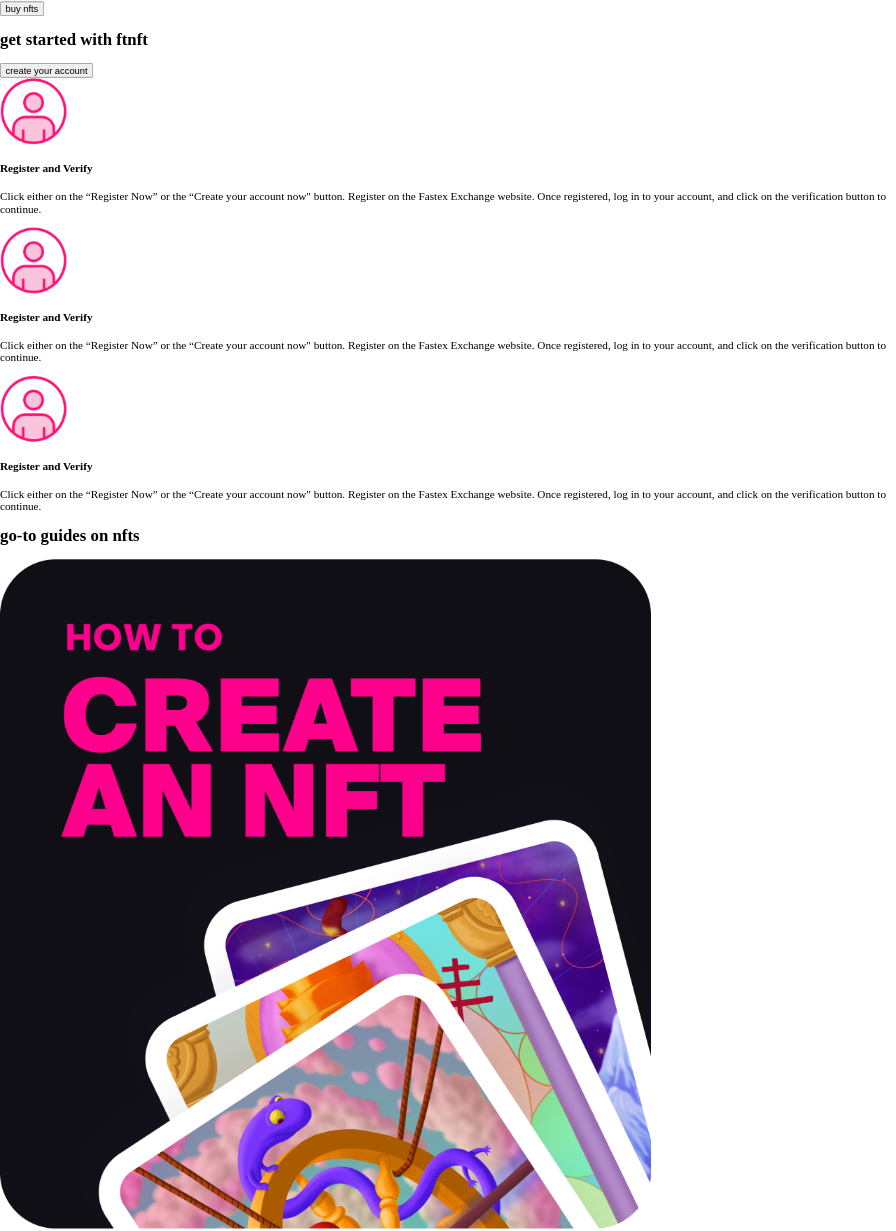
Repository: DxMAlbertGasparyan/_Project
Page: index.html
An editor plug-in stored every save of this project. The page is shown before and after the next save, followed by the edit.
The browser window is 1280 px wide. The pictures show the part of the page from y = 4580 to 6500 px (the page is 6339 px tall before and 7299 px after), at 70% of full size.

Above is the page before, as saved 2023-12-05 17:17:22.

### index.html
<!DOCTYPE html>
<html lang="en">
<head>
    <meta charset="UTF-8">
    <meta name="viewport" content="width=device-width, initial-scale=1.0">
    <link rel="stylesheet" href="./css/index.css">
    <title>All-In-One NFT Platform | Buy and Sell NFTs with ftNFT</title>
    <link rel="icon" type="img/png" href="./images/favicon.png">
</head>
<body>
    <div id="root">
        <!-- Header Starts -->
        <header>
            <div class="hContent">
                <div class="logo_nav">
                    <div class="logos">
                        <div class="apps_logo">
                            <span><ion-icon name="apps"></ion-icon></span>
                        </div>
                        <div class="sitelogo">
                            <img src="./images/logo.png" alt="">
                        </div>
                    </div>
                    <nav>
                        <ul>
                            <li>
                                <a href="#">marketplace <span class="down_arrow"><ion-icon name="caret-down"></ion-icon></span></a>
                            </li>
                            <li>
                                <a href="#">rankings</a>
                            </li>
                            <li>
                                <a href="#">become an <span class="nft_uppercase">nft</span> artist</a>
                            </li>
                            <li>
                                <a href="#">phygital <span class="nft_uppercase">nft</span> stores</a>
                            </li>
                            <li>
                                <a href="#">event booking</a>
                            </li>
                            <li>
                                <a href="#">resources <span class="down_arrow"><ion-icon name="caret-down"></ion-icon></span></a>
                            </li>
                        </ul>
                    </nav>
                </div>
                <div class="button_lang">
                    <div class="button_header"><button>connect to fastex exchange</button></div>
                    <div class="bag_icon"><span><ion-icon name="bag-handle-outline"></ion-icon></span></div>
                    <div class="languages"><a href="#">en <span class="down_arrow"><ion-icon name="caret-down"></ion-icon></span></a></div>
                </div>
            </div>
            <section class="header_item">
                <div class="text_content">
                    <h1>single platfrm to explore, buy and sell <span>NFTs</span></h1>
                    <p>an <span>NFTs</span> platform to trade, collect and transform art int gitital collectibles</p>
                    <div class="text_content_btn">
                        <button class="get-started btn">get started</button>
                        <button class="explore btn">explore</button>
                    </div>
                </div>
                <div class="slider">
                    <!-- blokin width height tal petqa te che? -->
                    SLIDER
                </div>
            </section>
        </header>
        <!-- Header ends -->
        <main>
            <section class="featured_collections">
                <h3>featured collections</h3>
                <div class="items_container">
                    <div class="item">
                        <img src="./images/x39ziHUqPbngSsMldAuyOo2CUYyfhxfirgHPHXK6.webp" alt="">
                        <div class="bordered_img">
                            <img src="./images/XlDaUsynpYf66BdMb3ev9yMQ0K4AoFQKDEj72lPN.webp" alt="">
                        </div>
                    </div>
                    <div class="item">
                        <img src="./images/1OINFBEksdTTP2WOCxdsiH65SR6zLDRCy3l1pVCH.webp" alt="">
                        <div class="bordered_img">
                            <img src="./images/Khw1SX4aijpkKpJq6pyQdwxzbMqiKDIYFriJEjY9.webp" alt="">
                        </div>
                    </div>
                    <div class="item">
                        <img src="./images/jAssMBfnu18ZqhfcIRsWDcDnIUbWYPRC6JxWeOYK.webp" alt="">
                        <div class="bordered_img">
                            <img src="./images/YG6GxTtTyqsHGjpqxkulDXAgAo97iGnmz4vHQxB6.webp" alt="">
                        </div>
                    </div>
                    <div class="item">
                        <img src="./images/5IBWyQzvhMhcyvuoFQArEbbk9HRs8FteQvPqrZlK.webp" alt="">
                        <div class="bordered_img">
                            <img src="./images/ll85efr51x3t7qEDcm3YrC8yReTBPGANtHvOdEB0.webp" alt="">
                        </div>
                    </div>
                    <div class="item">
                        <img src="./images/xBleISHZEUuudcMQtiIklxfMie2yMKicgdQY7JiG.webp" alt="">
                        <div class="bordered_img">
                            <img src="./images/HMWWAcKkuUVxYrU7M7Pwl7iWGIJghy9wgCYrS4Eb.webp" alt="">
                        </div>
                    </div>
                </div>
            </section>
            <section class="nft_artist">
                <img src="./images/r54-nft-artist-min.png" style="width: 100%;" alt="">
                <div class="nft_artist_items">
                    <h2>become an <span>nft</span> artist</h2>
                    <p>
                        <span>We’ve got all the tools to get you started with your own NFT collection. Whether a newbie or an experienced user, you can import your NFTs and list them on our platform.</span>
                    </p>
                    <div class="artist_button">
                        <button class="artist_btn">learn more</button>
                    </div>
                </div>
            </section>
            <section class="experiience">
                <div class="experience_heading">
                    <h2>experience different features with ft<span>nft</span></h2>
                </div>
                <div class="flex_container">
                    <div class="flexet_blocks">
                        <img src="./images/70-ftnft-drops-min.png" alt="">
                        <h4>ft<span>nft</span> drops</h4>
                        <p>participate in blockchain-based RNG-regulated <span>nft</span> drops and win pizes.</p>
                    </div>
                    <div class="flexet_blocks">
                        <img src="./images/70-ftnft-drops-min.png" alt="">
                        <h4>ft<span>nft</span> drops</h4>
                        <p>participate in blockchain-based RNG-regulated <span>nft</span> drops and win pizes.</p>
                    </div>
                    <div class="flexet_blocks">
                        <img src="./images/70-ftnft-drops-min.png" alt="">
                        <h4>ft<span>nft</span> drops</h4>
                        <p>participate in blockchain-based RNG-regulated <span>nft</span> drops and win pizes.</p>
                    </div>
                </div>
            </section>
            <section class="buy_nft">
                <div class="background-container">
                    <img src="./images/002880112466-buy-nft-min-4.png" style="width: 100%;" alt="">
                </div>
                <div class="buy_nft_content">
                    <h2>buy <span>nft</span></h2>
                    <p>buy your <span>nft</span>s within several clicks. we've simplified the process -- just browse trough your favorite collections to find and purchase your digital assests.</p>
                    <button class="buy_nft_button">buy <span>nft</span>s</button>
                </div>
            </section>
            <section class="get_started_nft">
                <div class="top_parent">
                    <div class="get_started_nft_child">
                        <h2>get started with ft<span>nft</span></h2>
                        <button class="get_started_nft_btn">create your account</button>
                    </div>
                    <div class="second_child">
                        <div class="second_child_items">
                            <img src="./images/89-user-1677762964267.png" alt="">
                            <h4>Register and Verify</h4>
                            <p>Click either on the “Register Now” or the “Create your account now" button. Register on the Fastex Exchange website. Once registered, log in to your account, and click on the verification button to continue.</p>
                        </div>
                        <div class="second_child_items">
                            <img src="./images/89-user-1677762964267.png" alt="">
                            <h4>Register and Verify</h4>
                            <p>Click either on the “Register Now” or the “Create your account now" button. Register on the Fastex Exchange website. Once registered, log in to your account, and click on the verification button to continue.</p>
                        </div>
                        <div class="second_child_items">
                            <img src="./images/89-user-1677762964267.png" alt="">
                            <h4>Register and Verify</h4>
                            <p>Click either on the “Register Now” or the “Create your account now" button. Register on the Fastex Exchange website. Once registered, log in to your account, and click on the verification button to continue.</p>
                        </div>
                    </div>
                </div>
            </section>
            <section class="go_to_guides">
                <div class="guide_heading">
                    <h2>go-to guides on <span>nft</span>s</h2>
                </div>
                <div class="guide_items">
                    <div class="item_images"><img src="./images/893-how-to-create-an-nft-16788807322212.png" alt=""></div>
                    <div class="item_images"></div>
                    <div class="item_images"></div>
                </div>
            </section>
        </main>
        <footer></footer>
    </div>
    <script type="module" src="https://unpkg.com/ionicons@7.1.0/dist/ionicons/ionicons.esm.js"></script>
<script nomodule src="https://unpkg.com/ionicons@7.1.0/dist/ionicons/ionicons.js"></script>
</body>
</html>

### css/index.css
body{
    margin: 0;
    padding: 0;
    box-sizing: border-box;
}

After the next save:
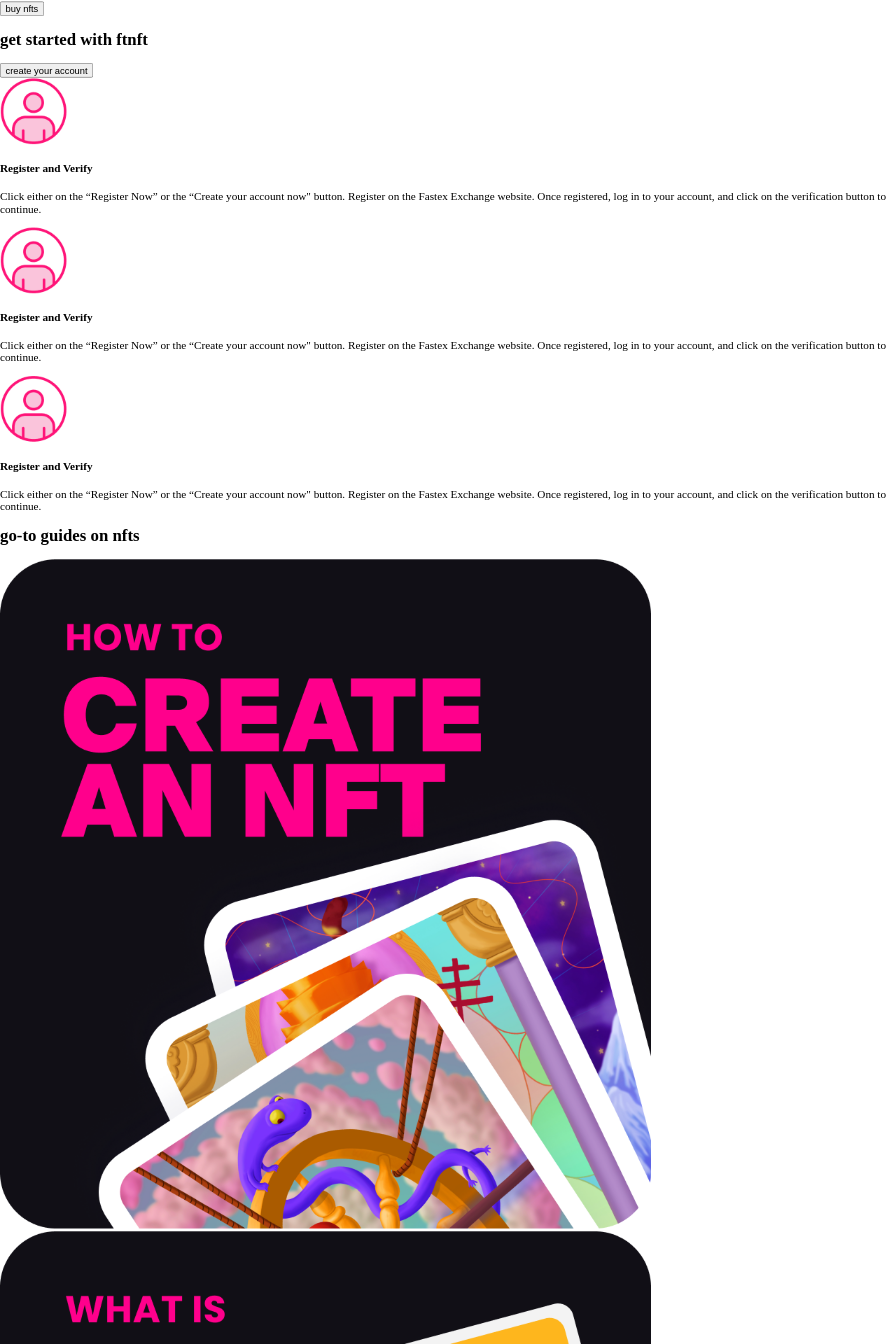
Saved 25 s later.
--- a/index.html
+++ b/index.html
@@ -177,7 +177,7 @@
                 </div>
                 <div class="guide_items">
                     <div class="item_images"><img src="./images/893-how-to-create-an-nft-16788807322212.png" alt=""></div>
-                    <div class="item_images"></div>
+                    <div class="item_images"><img src="./images/897-hjhj.png" alt=""></div>
                     <div class="item_images"></div>
                 </div>
             </section>
